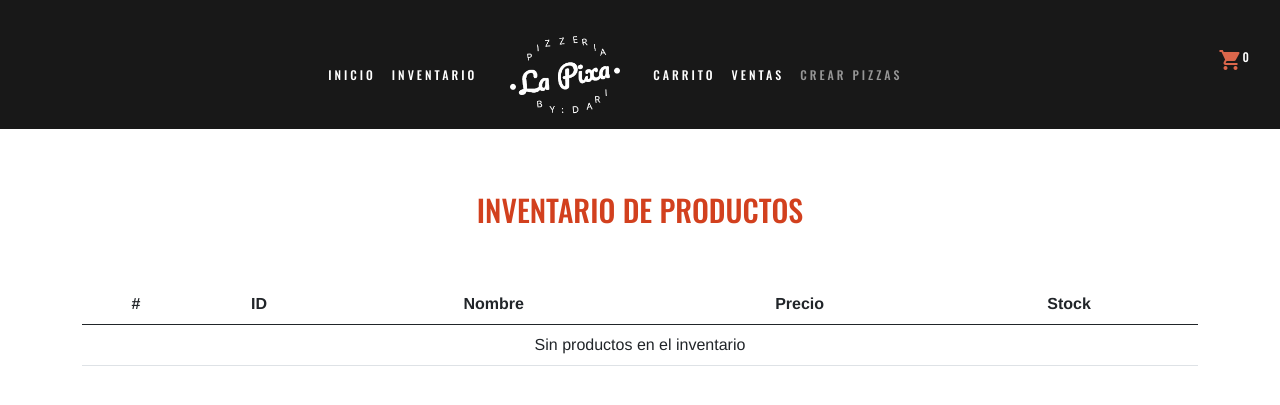
Repository: Darigo30/prueba-vue-dari-pizza
Page: /inventario
An editor plug-in stored every save of this project. The page is shown before and after the next save, followed by the edit.
The browser window is 1280 px wide. The pictures show the whole page.
The project was rebuilt for these pictures with package versions that can differ from the ones it lists, and the page was loaded fresh each time. Also part of the build but not shown: src/views/Home.vue.

Above is the page before, as saved 2021-05-23 20:37:58.

### public/index.html
<!DOCTYPE html>
<html lang="">
  <head>
    <meta charset="utf-8">
    <meta http-equiv="X-UA-Compatible" content="IE=edge">
    <meta name="viewport" content="width=device-width,initial-scale=1.0">
    <link rel="icon" href="<%= BASE_URL %>favicon.ico">
    <link href="https://cdn.jsdelivr.net/npm/bootstrap@5.0.0/dist/css/bootstrap.min.css" rel="stylesheet" integrity="sha384-wEmeIV1mKuiNpC+IOBjI7aAzPcEZeedi5yW5f2yOq55WWLwNGmvvx4Um1vskeMj0" crossorigin="anonymous">
    <link href="https://fonts.googleapis.com/icon?family=Material+Icons"
      rel="stylesheet">
      <link rel="preconnect" href="https://fonts.gstatic.com">
      <link href="https://fonts.googleapis.com/css2?family=Oswald:wght@300;500&display=swap" rel="stylesheet">
    <title>Pizzeria La Pixa</title>
  </head>
  <body>
    <noscript>
      <strong>We're sorry but doesn't work properly without JavaScript enabled. Please enable it to continue.</strong>
    </noscript>
    <div id="app"></div>
    <script src="https://cdn.jsdelivr.net/npm/bootstrap@5.0.0/dist/js/bootstrap.bundle.min.js" integrity="sha384-p34f1UUtsS3wqzfto5wAAmdvj+osOnFyQFpp4Ua3gs/ZVWx6oOypYoCJhGGScy+8" crossorigin="anonymous"></script>
    <!-- built files will be auto injected -->
  </body>
</html>

### src/main.js
import Vue from "vue";
import App from "./App.vue";
import router from "./router";
import store from "./store";
import firebase from "firebase";



Vue.config.productionTip = false;


new Vue({
  router,
  store,
  firebase,
  render: (h) => h(App),
}).$mount("#app");

### src/App.vue
<template>
  <div id="app">
    <Nav />
    <router-view />
  </div>
</template>

<script>
import Nav from "@/components/Nav.vue";
import { mapActions } from "vuex";

export default {
  name: "App",
  components: {
    Nav,
  },
  methods: {
    ...mapActions(["getData", "setDataPizzasDb"]),
  },
  created() {
    this.getData();
    this.setDataPizzasDb();
  },
};
</script>

<style lang="scss">
#app {
  font-family: Avenir, Helvetica, Arial, sans-serif;
  -webkit-font-smoothing: antialiased;
  -moz-osx-font-smoothing: grayscale;
  text-align: center;
  color: #2c3e50;
}
</style>

### src/router/index.js
import Vue from "vue";
import VueRouter from "vue-router";
import Home from "../views/Home.vue";

Vue.use(VueRouter);

const routes = [
  {
    path: "/",
    name: "Home",
    component: Home,
  },
  {
    path: "/inventario",
    name: "Inventario",
    component: () =>
      import(/* webpackChunkName: "inventario" */ "../views/Inventario.vue"),
  },
  {
    path: "/ventas",
    name: "Ventas",
    component: () =>
      import(/* webpackChunkName: "ventas" */ "../views/Ventas.vue"),
  },
  {
    path: "/carrito",
    name: "Carrito",
    component: () =>
      import(/* webpackChunkName: "carrito" */ "../views/Carrito.vue"),
  },
  {
    path: "*",
    name: "error404",
    component: () =>
      import(/* webpackChunkName: "error404" */ "../views/error404.vue"),
  },
  {
    path: "/crearPizzas",
    name: "CrearPizzas",
    component: () =>
      import(/* webpackChunkName: "crearPizzas" */ "../views/CrearPizzas.vue"),
  },
  // {
  //   path: "/about",
  //   name: "About",
  // route level code-splitting
  // this generates a separate chunk (about.[hash].js) for this route
  // which is lazy-loaded when the route is visited.
  //   component: () =>
  //     import(/* webpackChunkName: "about" */ "../views/About.vue"),
  // },
];

const router = new VueRouter({
  mode: "history",
  base: process.env.BASE_URL,
  routes,
});

export default router;

### src/store/index.js
import Vue from "vue";
import Vuex from "vuex";
//import axios from "axios";

import { db } from "../../firebase";

Vue.use(Vuex);

export default new Vuex.Store({
  state: {
    productos: [],
    carrito: [],
    ventas: [],
  },
  getters: {
    cantidadCarrito(state) {
      return state.carrito.length;
    },
    productosFiltrados(state) {
      const productos = state.productos.filter((pizza) => pizza.stock > 0);
      return !productos ? [] : productos;
    },
    totalCarrito(state) {
      const carrito = state.carrito;
      if (carrito.length === 0) return 0;
      const suma = carrito.reduce((acc, x) => acc + x.subtotal, 0);
      return suma;
    },
  },
  mutations: {
    cargarData(state, payload) {
      state.productos = payload;
    },
    agregarPizza(state, payload) {
      const agregar = payload.id;
      const cantidad = 1;
      const nombre = payload.nombre;
      const precio = payload.precio;
      const subtotal = precio * cantidad;

      const finder = state.carrito.find((obj) => obj.id === agregar);

      if (!finder) {
        const obj = {
          id: agregar,
          cantidad,
          nombre,
          precio,
          subtotal,
        };
        state.carrito.push(obj);
      } else {
        finder.cantidad = cantidad + finder.cantidad;
        finder.subtotal = finder.cantidad * precio;
      }
    },
    comprar(state) {
      const respuesta = confirm("¿Quieres comprar ahora?");
      if (respuesta) {
        const venta = state.carrito.map((obj) => {
          const obj2 = {
            id: obj.id,
            nombre: obj.nombre,
            precioSubtotal: obj.subtotal,
            cantidadVendida: obj.cantidad,
          };
           return obj2;
        });
        venta.forEach((producto) => {
          const ventarec = producto;
          const finder = state.ventas.find((obj) => obj.id === ventarec.id);

          if (!finder) {
            state.ventas.push(ventarec);
          } else {
            state.ventas = state.ventas.map((vend) => {
              const obj3 = {
                id: vend.id,
                nombre: vend.nombre,
                precioSubtotal: vend.id === ventarec.id ? vend.precioSubtotal + ventarec.precioSubtotal : vend.precioSubtotal,
                cantidadVendida: vend.id === ventarec.id ? vend.cantidadVendida + ventarec.cantidadVendida : vend.cantidadVendida,
              };
               return obj3;
            });
          }

        });
        state.carrito.forEach((el) => {
        state.productos = state.productos.map((resta) => {
            const obj4 = {
              desc: resta.desc,
              id: resta.id,
              img: resta.img,
              ing: resta.ing,
              name: resta.name,
              price: resta.price,
              stock: el.id === resta.id ? resta.stock - el.cantidad : resta.stock ,
            };
            return obj4;
          })
        });
      state.carrito = [];
      }
    },
    //guardar pizzas de API inicial en colleccion de firebase
    guardarPizzasEnDB(state) {
      console.log(state);
      /*setTimeout(() => {
        try {
          const productos = state.productos;
          console.log(productos);
          productos.forEach(async (producto) => {
            await db.collection("pizzas").add(producto);
          });
        } catch (error) {
          console.log(error);
        }
      }, 2000);*/
    },
    agregarNuevaPizza(state, payload) {
      const existe = state.productos.find((pizza) => pizza.id === payload.id);
      // Si no existe ingresar a la base de datos.
      if (!existe) state.productos.push(payload);
    },
  },
  actions: {
    async getData({ commit }) {
      // const url =
      //   "https://us-central1-apis-varias-mias.cloudfunctions.net/pizzeria";
      try {
        // const req = await axios(url);
        // const pizzas = req.data;
        // const pizzasStock = pizzas.map((obj) => {
        //   obj.stock = 10;
        //   return obj;
        // });
        const pizzasStock = [];
        const fire = await db.collection("pizzas");
        fire.get()
        .then((querySnapshot) => {
            querySnapshot.forEach((doc) => {
                // doc.data() is never undefined for query doc snapshots
                pizzasStock.push(doc.data());
                console.log(doc.id, " => ", doc.data());
            });
        })

        commit("cargarData", pizzasStock);
      } catch (error) {
        console.log(error);
      }
    },
    async setDataPizzasDb({ commit }){
      commit("guardarPizzasEnDB");
    },
    async crearNuevaPizza({ commit }, payload) {
      const pizza = payload;
      if (!pizza) return;

      // Actualizar el state
      commit("agregarNuevaPizza", pizza);
      // Actualizar Firebase
      // Preguntar si el ID existe en Firebase: (TAREA)
      // try {
      //   const req = await db.collection("pizza").get();
      //   req.docs.forEach(obj => {
      //     const pizzaFirebase = obj.data();
      //     const idFirebase = pizzaFirebase.id;

      //     // Tiene un problema: ¿Cuál es? (Tarea)
      //     if (idFirebase === pizza.id) return;
      //     await db.collection("pizzas").add(pizza);
      //   })
      // } catch (error) {
      //   console.log(error);
      // }
      await db.collection("pizzas").add(pizza);
    },
    async borrarPizzas({ commit }, payload) {
      commit("");
      console.log(payload);
      // Delete en Firestore

      let collectionRef = db.collection("pizzas");
      collectionRef.where("id", "==", payload)
      .get()
      .then(querySnapshot => {
        querySnapshot.forEach((doc) => {
          doc.ref.delete().then(() => {
            console.log("el doc fue borrado");
          }).catch(function(error) {
            console.error("ha ocurrido un error al borrar: ", error);
          });
        });
      })
      .catch(function(error) {
        console.log("Error getting documents: ", error);
      });
    }
  },
});

### src/components/Nav.vue
<template>
  <nav class="navbar navbar-expand-lg navbar-dark bg-dark">
    <div class="container-fluid">
      <!-- <a class="navbar-brand" href="#">Navbar</a> -->

      <button
        class="navbar-toggler"
        type="button"
        data-bs-toggle="collapse"
        data-bs-target="#navbarNav"
        aria-controls="navbarNav"
        aria-expanded="false"
        aria-label="Toggle navigation"
      >
        <span class="navbar-toggler-icon"></span>
      </button>

      <div class="collapse navbar-collapse" id="navbarNav">
        <ul class="navbar-nav">
          <li class="nav-item">
            <router-link class="nav-link text-white" to="/">Inicio</router-link>
          </li>
          <li class="nav-item">
            <router-link class="nav-link text-white" to="/inventario"
              >Inventario</router-link
            >
          </li>
           <router-link class="navbar-brand" to="/"><img class="logo-lapizza" src="../assets/logo-pizza.png"></router-link>
          <li class="nav-item">
            <router-link class="nav-link text-white" to="/carrito">Carrito</router-link>
          </li>
          <li class="nav-item">
            <router-link class="nav-link text-white" to="/ventas">Ventas</router-link>
          </li>
          <li class="nav-item">
            <router-link class="nav-link" to="/crearPizzas">Crear Pizzas</router-link>
          </li>
        </ul>
      </div>
      <div class="carrito-top">
        <div @click="$router.push('/carrito')" class="carrito-icono"></div>
        <p class="nav-item text-white me-3 num-car">{{ cantidadCarrito }}</p>
      </div>


    </div>
  </nav>
</template>

<script>
import { mapGetters } from "vuex";

export default {
  name: "Nav",
  computed: {
    ...mapGetters(["cantidadCarrito"]),
  },
};
</script>

<style lang="scss" scoped>
.carrito-icono {
  width: 24px;
  height: 24px;
  line-height: 24px;
  cursor: pointer;

  &::before {
    content: "shopping_cart";
    font-family: "Material Icons";
    font-size: 1.5rem;
    color: #db664b;
  }
}
nav {
  position: fixed;
  width: 100%;
  z-index: 2;
}
.logo-lapizza{
  width: 100%;
  max-width: 110px;
}
.navbar-expand-lg .navbar-collapse{
  justify-content: center;
  margin: 20px 0 0;
  padding: 0 15px;
}
.navbar-nav{
      flex-direction: row;
    justify-content: center;
    align-content: center;
    align-items: center;
}
.navbar-brand{
  margin: 0 25px;
}
.bg-dark {
    background-color: #181818 !important;
    }
.navbar-expand-lg .navbar-nav .nav-link, .num-car{
  text-transform: uppercase;
  font-size: 12px;
  letter-spacing: 3px;
  font-family: 'Oswald', sans-serif;
  }
.carrito-top{
  display: flex;
}
</style>

### src/views/Inventario.vue
<template>
  <div class="container">
    <div class="row">
      <div class="col-12 padd-t">
        <h1>Inventario de Productos</h1>
      </div>
    </div>
    <div class="row mt-5">
      <div class="col-12">
        <table class="table">
          <thead>
            <tr>
              <th scope="col">#</th>
              <th scope="col">ID</th>
              <th scope="col">Nombre</th>
              <th scope="col">Precio</th>
              <th scope="col">Stock</th>
            </tr>
          </thead>

          <tbody v-if="productos && productos.length === 0">
            <tr>
              <td colspan="5">Sin productos en el inventario</td>
            </tr>
          </tbody>

          <tbody v-else>
            <tr :class= "{'red' : producto.stock < 1}" v-for="(producto, i) in productos" :key="i">
              <th scope="row">{{ i + 1 }}</th>
              <td>{{ producto.id }}</td>
              <td>{{ producto.name }}</td>
              <td>{{ producto.price }}</td>
              <td>{{ producto.stock }}</td>
              <td><button @click="borrarPizza(producto.id)" class="btn btn-danger">Borrar Registro</button></td>
            </tr>
          </tbody>
        </table>
      </div>
    </div>
  </div>
</template>

<script>
import { mapState, mapActions } from "vuex";

export default {
  name: "Inventario",
  computed: {
    ...mapState(["productos"]),
  },
  methods: {
    ...mapActions(["borrarPizzas"]),
    borrarPizza(id) {
      this.borrarPizzas(id);
    },
  }
};
</script>
<style scoped>
 .red{
   background-color: red;
   color: #fff;
 }
 .padd-t{
   margin-top: 12rem ;
 }
 h1{
    font-family: 'Oswald', sans-serif;
    font-size: 30px;
    text-transform: uppercase;
    color: #303030;
    font-weight: 500;
    color: #d2401e;
  }

</style>

### firebase.js
// For Firebase JS SDK v7.20.0 and later, measurementId is optional
import firebase from "firebase";

const firebaseConfig = {
    apiKey: "AIzaSyDtWD7T_jkypJfm0HzDkZ7YDyLFE20edJ0",
    authDomain: "pizzeria-37b52.firebaseapp.com",
    projectId: "pizzeria-37b52",
    storageBucket: "pizzeria-37b52.appspot.com",
    messagingSenderId: "965355399653",
    appId: "1:965355399653:web:ba0bb2b3e531f99c7ce70c",
    measurementId: "G-8N9HY3NJ7J"
  };
  firebase.initializeApp(firebaseConfig);

  const db = firebase.firestore();

  export { firebaseConfig , db }

After the next save:
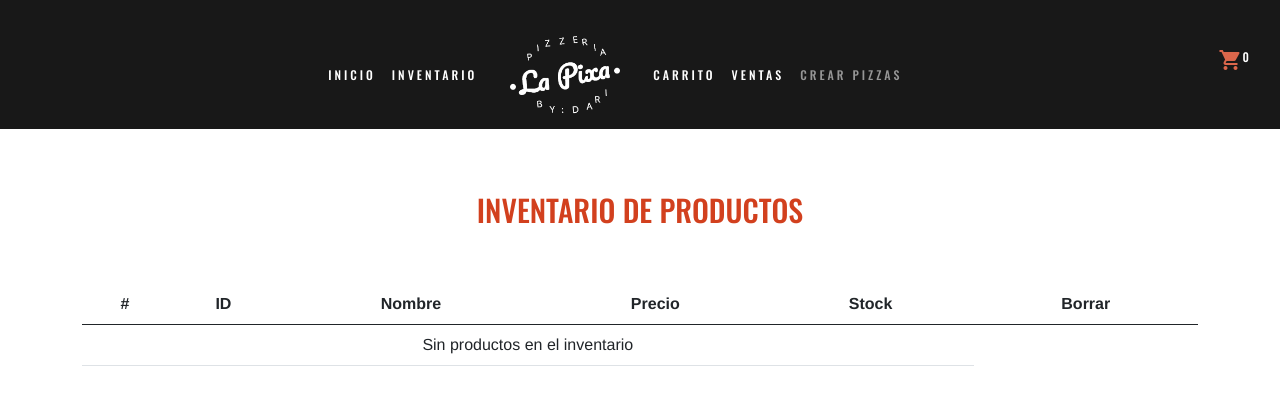
Saved 27 s later.
--- a/src/views/Inventario.vue
+++ b/src/views/Inventario.vue
@@ -15,6 +15,7 @@
               <th scope="col">Nombre</th>
               <th scope="col">Precio</th>
               <th scope="col">Stock</th>
+              <th scope="col">Borrar</th>
             </tr>
           </thead>
 
